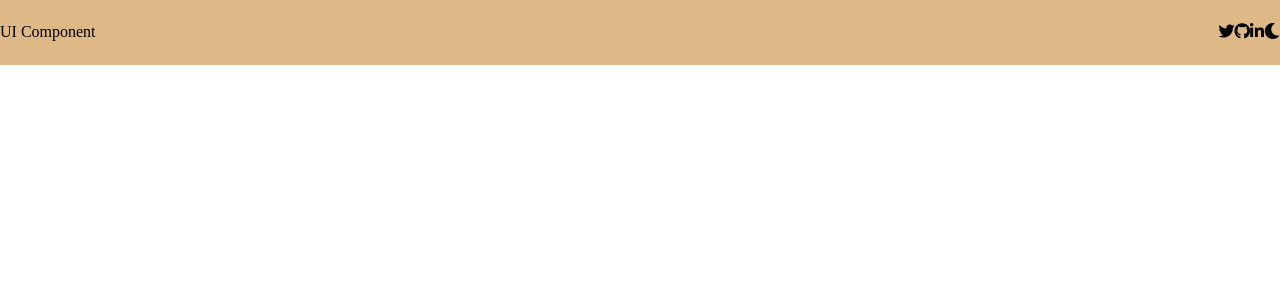
Repository: anuj-kumary/cmp-liab
Page: index.html
An editor plug-in stored every save of this project. The page is shown before and after the next save, followed by the edit.
The browser window is 1280 px wide. The pictures show the whole page.
Some web libraries are served in a nearby version.

Above is the page before, as saved 2022-01-13 20:46:45.

### index.html
<!DOCTYPE html>
<html lang="en">

<head>
    <meta charset="UTF-8">
    <meta http-equiv="X-UA-Compatible" content="IE=edge">
    <meta name="viewport" content="width=device-width, initial-scale=1.0">
    <title>U&I | Home</title>
    <link rel="stylesheet" href="style.css">
    <link rel="stylesheet" href="https://cdnjs.cloudflare.com/ajax/libs/font-awesome/5.10.0/css/all.min.css" integrity="sha512-PgQMlq+nqFLV4ylk1gwUOgm6CtIIXkKwaIHp/PAIWHzig/lKZSEGKEysh0TCVbHJXCLN7WetD8TFecIky75ZfQ==" crossorigin="anonymous" referrerpolicy="no-referrer" />
</head>
<body>
<nav>
    <div class="logo">
        <p>UI Component</p>
    </div>
    <ul class="social-Link">
        <li><i class="fab fa-twitter"></i></li>
        <li><i class="fab fa-github"></i></li>
        <li><i class="fab fa-linkedin-in"></i></li>
        <li><i class="fas fa-moon"></i></i></li>
    </ul>
</nav>

</body>
</html>

### style.css
*{
    margin: 0;
    padding: 0;
    box-sizing: border-box;
}
body{
    min-height: 100vh;
    width: 100vw;
}
li{
    list-style: none;
    justify-items: center;
}
nav{
    display: flex;
    justify-content: space-between;
    align-items: center;
    height: 9vh;
    background: burlywood;
}
.social-Link{
    display: flex;
}

After the next save:
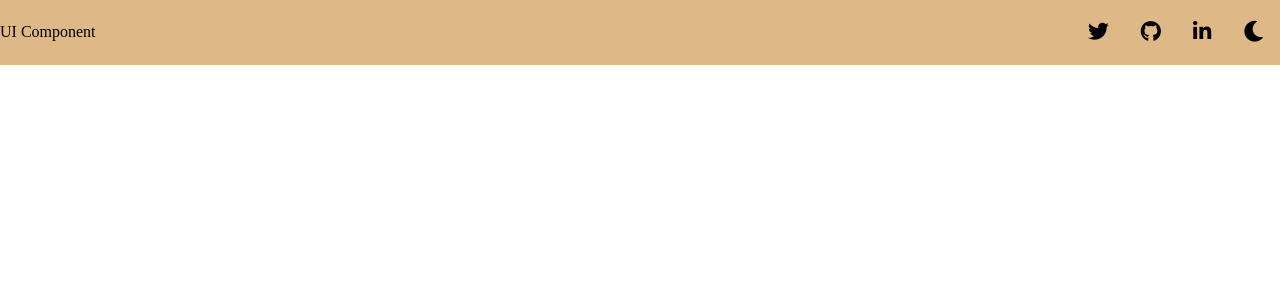
Saved 36 s later.
--- a/style.css
+++ b/style.css
@@ -10,6 +10,8 @@ body{
 li{
     list-style: none;
     justify-items: center;
+    padding: 1rem;
+    font-size: 1.3rem;
 }
 nav{
     display: flex;
